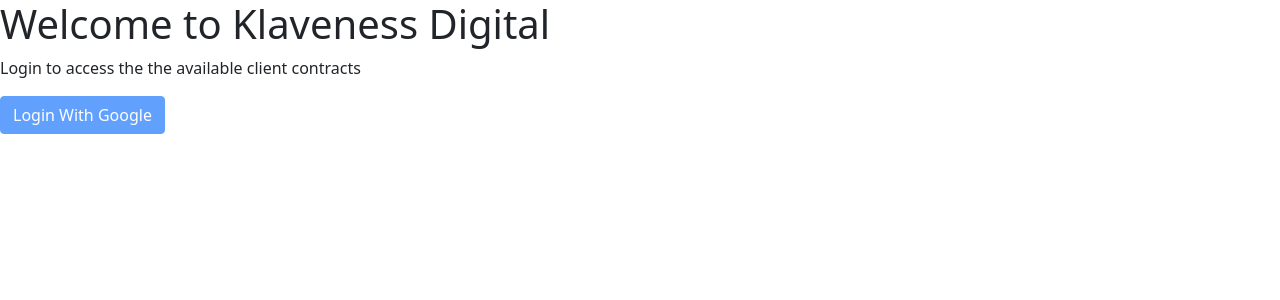
Repository: mmshabab90/klavenesstask
Page: / (app in client/)
These files come from the project's save history. The page is drawn as it stood at one moment and after the next save; the edit follows.
The browser window is 1280 px wide. The pictures show the whole page.
The project was rebuilt for these pictures with package versions that can differ from the ones it lists, and the page was loaded fresh each time. Also part of the build but not shown: client/src/App.css.

Above is the page before, as saved 2021-11-02 15:15:32.

### client/src/index.js
import React from "react";
import ReactDOM from "react-dom";
import { Provider } from "react-redux";
import App from "./App";
import store from "./app/store";

ReactDOM.render(
  <Provider store={store}>
    <App />
  </Provider>,

  document.getElementById("root")
);

### client/src/App.js
import React from "react";
import "./App.css";
import "bootstrap/dist/css/bootstrap.min.css";
import Homepage from "./Components/Homepage";

export default function App() {
  return (
    <div className="App">
      <Homepage />
    </div>
  );
}

### client/src/Components/Homepage.js
import React from "react";
import GoogleLogin from "react-google-login";
import { Button } from "react-bootstrap";

export default function Homepage() {
  const login = (response) => {
    console.log(response);
  };

  return (
    <div className="home__page">
      <div className="login__message">
        <h1>Welcome to Klaveness Digital</h1>
        <p>Login to access the the available client contracts</p>

        <GoogleLogin
          clientId=""
          render={(renderProps) => (
            <Button
              onClick={renderProps.onClick}
              disabled={renderProps.disabled}
              className="login__button"
            >
              Login With Google
            </Button>
          )}
          onSuccess={login}
          onFailure={login}
          isSignedIn={true}
          cookiePolicy={"single_host_origin"}
        />
      </div>
    </div>
  );
}

### client/src/features/userSlice.js
/* holds all info about user
 *  data is displayed only when there is a user
 * using userSLice equivalent to user reducer */
import { createSlice } from "@reduxjs/toolkit";

const userSlice = createSlice({
  name: "user",
  initialState: {
    isSignedIn: false,
    userData: null,
    searchInput: "",
    data: null,
  },
  reducers: {
    setSignedIn: (state, action) => {
      state.setSignedIn = action.payload;
    },
    setUserData: (state, action) => {
      state.userData = action.payload;
    },
    setSearchInput: (state, action) => {
      state.searchInput = action.payload;
    },
    setData: (state, action) => {
      state.data = action.payload;
    },
  },
});

export const { setSignedIn, setUserData, setSearchInput, setData } =
  userSlice.actions;

export const selectSignedIn = (state) => state.user.isSignedIn;
export const selectUserData = (state) => state.user.userData;
export const selectSearchInput = (state) => state.user.searchInput;
export const selectData = (state) => state.user.data;

export default userSlice.reducer;

Loaded but not shown: client/public/index.html (common file); client/src/app/store.js (common file)

After the next save:
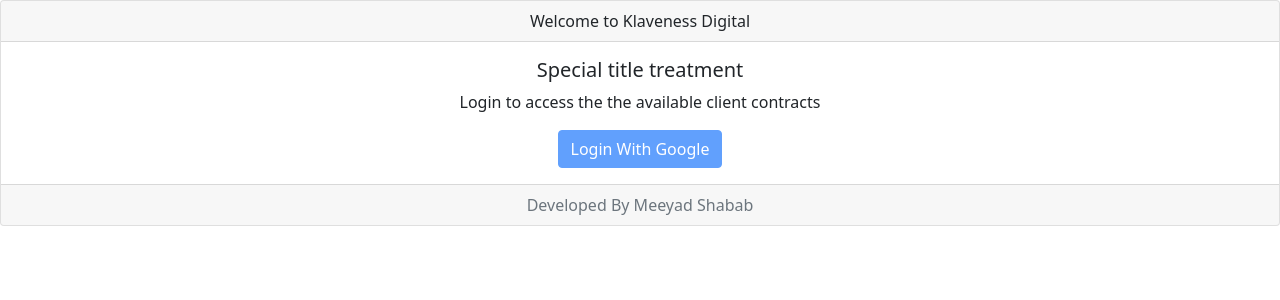
Saved 3 min 0 s later.
--- a/client/src/Components/Homepage.js
+++ b/client/src/Components/Homepage.js
@@ -1,6 +1,6 @@
 import React from "react";
 import GoogleLogin from "react-google-login";
-import { Button } from "react-bootstrap";
+import { Button, Card } from "react-bootstrap";
 
 export default function Homepage() {
   const login = (response) => {
@@ -9,27 +9,34 @@
 
   return (
     <div className="home__page">
-      <div className="login__message">
-        <h1>Welcome to Klaveness Digital</h1>
-        <p>Login to access the the available client contracts</p>
-
-        <GoogleLogin
-          clientId=""
-          render={(renderProps) => (
-            <Button
-              onClick={renderProps.onClick}
-              disabled={renderProps.disabled}
-              className="login__button"
-            >
-              Login With Google
-            </Button>
-          )}
-          onSuccess={login}
-          onFailure={login}
-          isSignedIn={true}
-          cookiePolicy={"single_host_origin"}
-        />
-      </div>
+      <Card className="text-center">
+        <Card.Header>Welcome to Klaveness Digital</Card.Header>
+        <Card.Body>
+          <Card.Title>Special title treatment</Card.Title>
+          <Card.Text>
+            Login to access the the available client contracts
+          </Card.Text>
+          <GoogleLogin
+            clientId=""
+            render={(renderProps) => (
+              <Button
+                onClick={renderProps.onClick}
+                disabled={renderProps.disabled}
+                className="login__button"
+              >
+                Login With Google
+              </Button>
+            )}
+            onSuccess={login}
+            onFailure={login}
+            isSignedIn={true}
+            cookiePolicy={"single_host_origin"}
+          />
+        </Card.Body>
+        <Card.Footer className="text-muted">
+          Developed By Meeyad Shabab
+        </Card.Footer>
+      </Card>
     </div>
   );
 }
